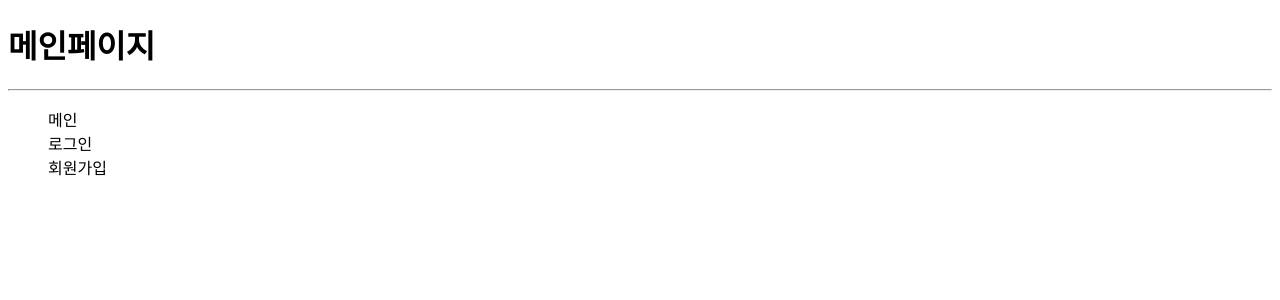
Repository: jaecheol0330/jsp-work
Page: http://localhost/cos/main.jsp
An editor plug-in stored every save of this project. The page is shown before and after the next save, followed by the edit.
The browser window is 1280 px wide. The pictures show the whole page.
The page is served by Tomcat 9.

Above is the page before, as saved 2020-08-22 02:35:10.

After the next save:
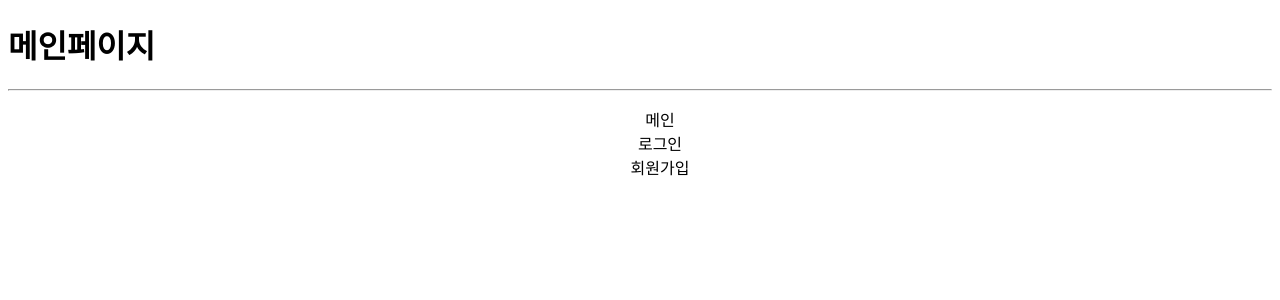
Saved 32 s later.
--- a/cos/WebContent/main.jsp
+++ b/cos/WebContent/main.jsp
@@ -6,6 +6,9 @@
 <meta charset="UTF-8">
 <title>메인페이지</title>
 <style>
+	ul{
+		text-align: center;
+	}
 	li {
 		display: block;
 	}
